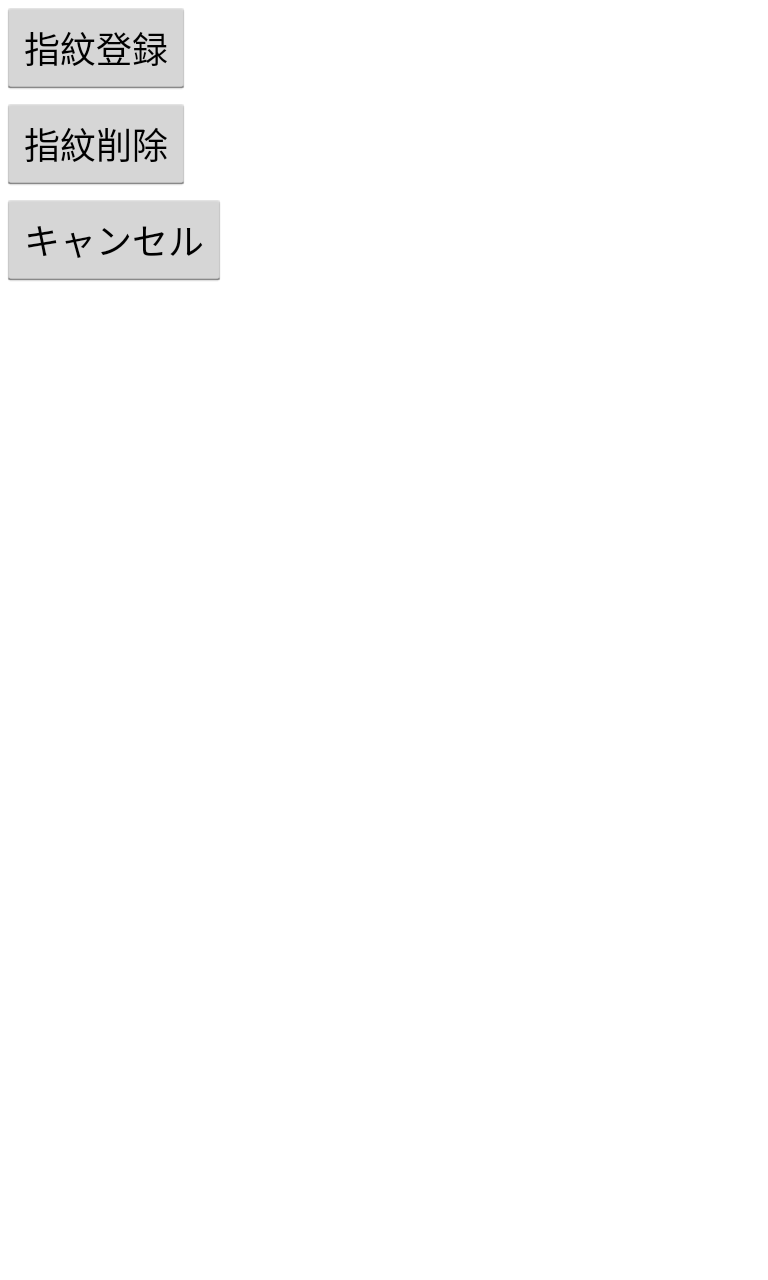
Repository: takuito/app_test
Layout: FiSBA/res/layout/fingerprint_delete.xml
These files come from the project's save history. The layout is drawn as it stood at one moment and after the next save; the edit follows.
It is drawn on a 768 x 1280 px phone screen (xhdpi) without system bars, with theme AppTheme; the app's code is not run.

Above is the layout before, as saved 2013-11-28 17:01:57.

### FiSBA/res/layout/fingerprint_delete.xml
<?xml version="1.0" encoding="utf-8"?>
<LinearLayout xmlns:android="http://schemas.android.com/apk/res/android"
    android:orientation="vertical"
    android:layout_width="fill_parent"
    android:layout_height="fill_parent"
    >

    <Button
        android:id="@+id/btnRegistrationentry"
        android:layout_width="wrap_content"
        android:layout_height="wrap_content"
        android:text="@string/registrationentry"
        />

    <Button
        android:id="@+id/btnDelete"
        android:layout_width="wrap_content"
        android:layout_height="wrap_content"
        android:text="@string/delete"
        />

<!--
	<Button
        android:id="@+id/btnEdit"
        android:layout_width="wrap_content"
        android:layout_height="wrap_content"
        android:text="@string/edit"
        />
-->

    <Button
        android:id="@+id/btnCancel"
        android:layout_width="wrap_content"
        android:layout_height="wrap_content"
        android:text="@string/cancel"
        />
</LinearLayout>

### FiSBA/res/values/strings.xml
<?xml version="1.0" encoding="utf-8"?>
<resources>

    <string name="app_name">FiSBA</string>
    <string name="action_settings">Settings</string>

    <string name="fingerprint_authentication">指紋認証</string>
    <string name="registrationentry">指紋登録</string>
    <string name="delete">指紋削除</string>
    <string name="edit">指紋編集</string>
    <string name="data_administration">データ管理</string>

    <string name="scan_text">指紋認証機器に指を置いて下さい</string>
    <string name="registrationentry_text">指紋データ登録名を入力して下さい</string>
    <string name="delete_text">を削除しますか？</string>
    <string name="delete_complete">指紋削除完了</string>
    <string name="edit_result">を削除しました</string>
    <string name="edit_complete">指紋編集完了</string>
    <string name="delete_result_authentication">認証時に</string>
    <string name="delete_result_start">を起動します</string>
    <string name="cancel">キャンセル</string>
    <string name="scan_success">指紋認証成功</string>
    <string name="scan_failure">指紋認証失敗</string>
    <string name="registrationentry_success">指紋登録成功</string>
    <string name="registrationentry_failure">指紋登録失敗</string>
    <string name="start_app">アプリを起動します</string>
    <string name="scan_again">もう１度認証を行いますか？</string>
    <string name="registrationentry_again">もう１度登録を行いますか？</string>
    <string name="select_data">指紋データを選択して下さい</string>
    <string name="select_app">起動アプリを選択して下さい</string>

    <string name="ok">OK</string>
    <string name="yes">はい</string>
    <string name="no">いいえ</string>




</resources>

Loaded but not shown: FiSBA/res/values/styles.xml (common file); FiSBA/res/values-v11/styles.xml (common file); FiSBA/res/values-v14/styles.xml (common file)

After the next save:
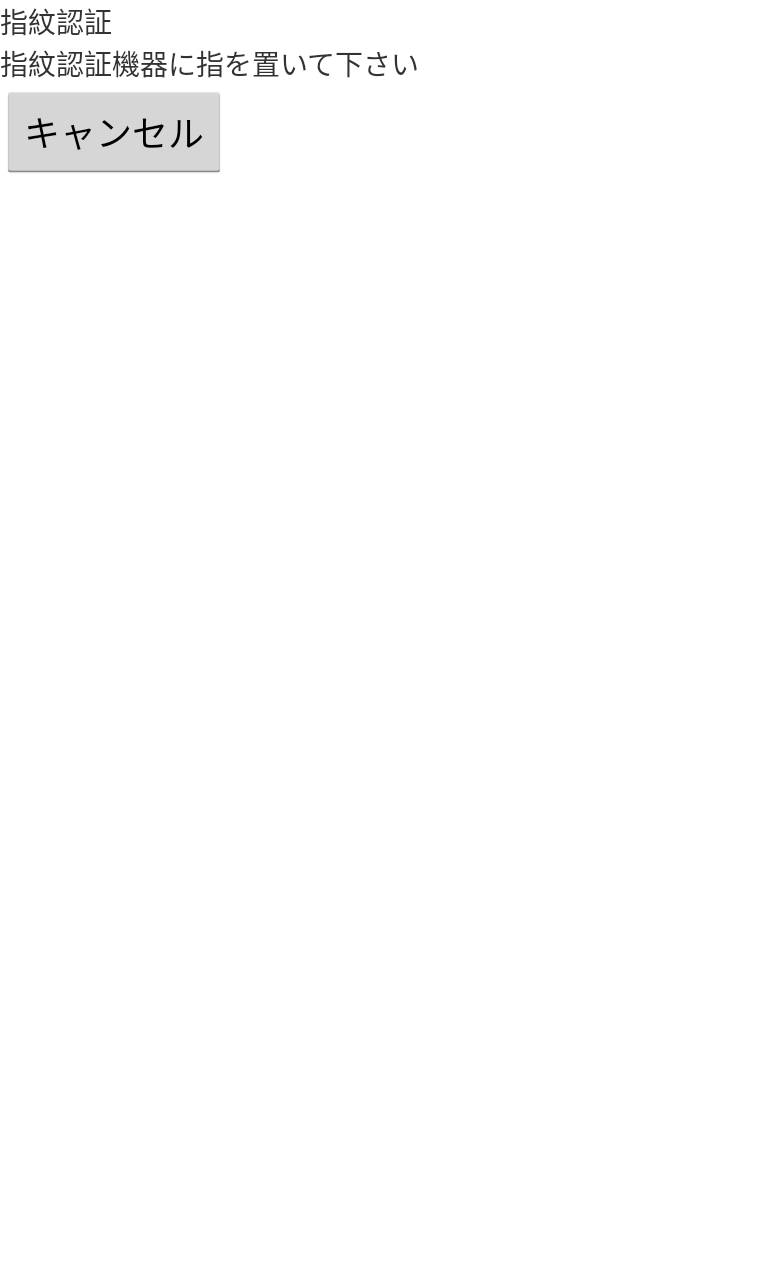
Saved 3 min 0 s later.
--- a/FiSBA/res/layout/fingerprint_delete.xml
+++ b/FiSBA/res/layout/fingerprint_delete.xml
@@ -5,28 +5,15 @@
     android:layout_height="fill_parent"
     >
 
-    <Button
-        android:id="@+id/btnRegistrationentry"
+    <TextView
         android:layout_width="wrap_content"
         android:layout_height="wrap_content"
-        android:text="@string/registrationentry"
-        />
+        android:text="@string/fingerprint_authentication"/>
 
-    <Button
-        android:id="@+id/btnDelete"
+    <TextView
         android:layout_width="wrap_content"
         android:layout_height="wrap_content"
-        android:text="@string/delete"
-        />
-
-<!--
-	<Button
-        android:id="@+id/btnEdit"
-        android:layout_width="wrap_content"
-        android:layout_height="wrap_content"
-        android:text="@string/edit"
-        />
--->
+        android:text="@string/scan_text"/>
 
     <Button
         android:id="@+id/btnCancel"
@@ -34,4 +21,6 @@
         android:layout_height="wrap_content"
         android:text="@string/cancel"
         />
+
+
 </LinearLayout>
